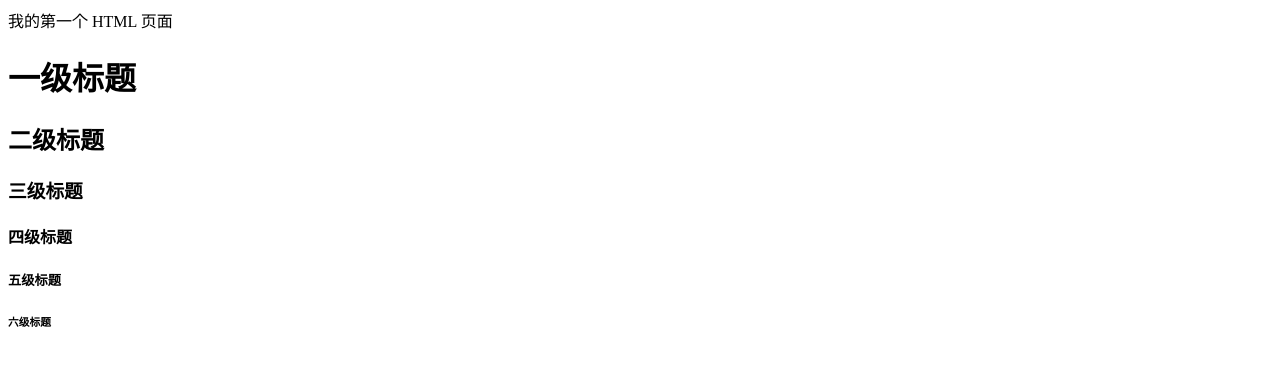
Repository: yuanliumaker/html-css-js
Page: hello.html
The author's editor kept a copy of each file at every save. The page is drawn from the files as they stood at one save, then again after the next save.
The browser window is 1280 px wide. The pictures show the whole page.

Above is the page before, as saved 2025-08-28 18:35:19.

### hello.html
<!DOCTYPE html>
<html lang="en">
<head>
    <meta charset="UTF-8">
    <meta name="viewport" content="width=device-width, initial-scale=1.0">
    <title>Document</title>
</head>
<body>
    我的第一个 HTML 页面
    <h1>一级标题</h1>
    <h2>二级标题</h2>
    <h3>三级标题</h3>
    <h4>四级标题</h4>
    <h5>五级标题</h5>
    <h6>六级标题</h6>
</body>
</html>

After the next save:
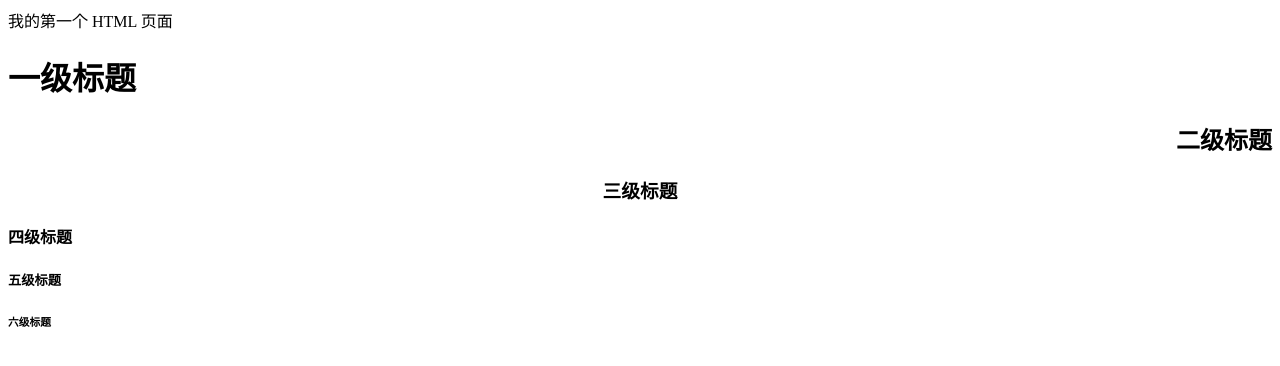
Saved 7 min 37 s later.
--- a/hello.html
+++ b/hello.html
@@ -7,9 +7,9 @@
 </head>
 <body>
     我的第一个 HTML 页面
-    <h1>一级标题</h1>
-    <h2>二级标题</h2>
-    <h3>三级标题</h3>
+    <h1 align="left">一级标题</h1>
+    <h2 align="right">二级标题</h2>
+    <h3 align="center">三级标题</h3>
     <h4>四级标题</h4>
     <h5>五级标题</h5>
     <h6>六级标题</h6>
